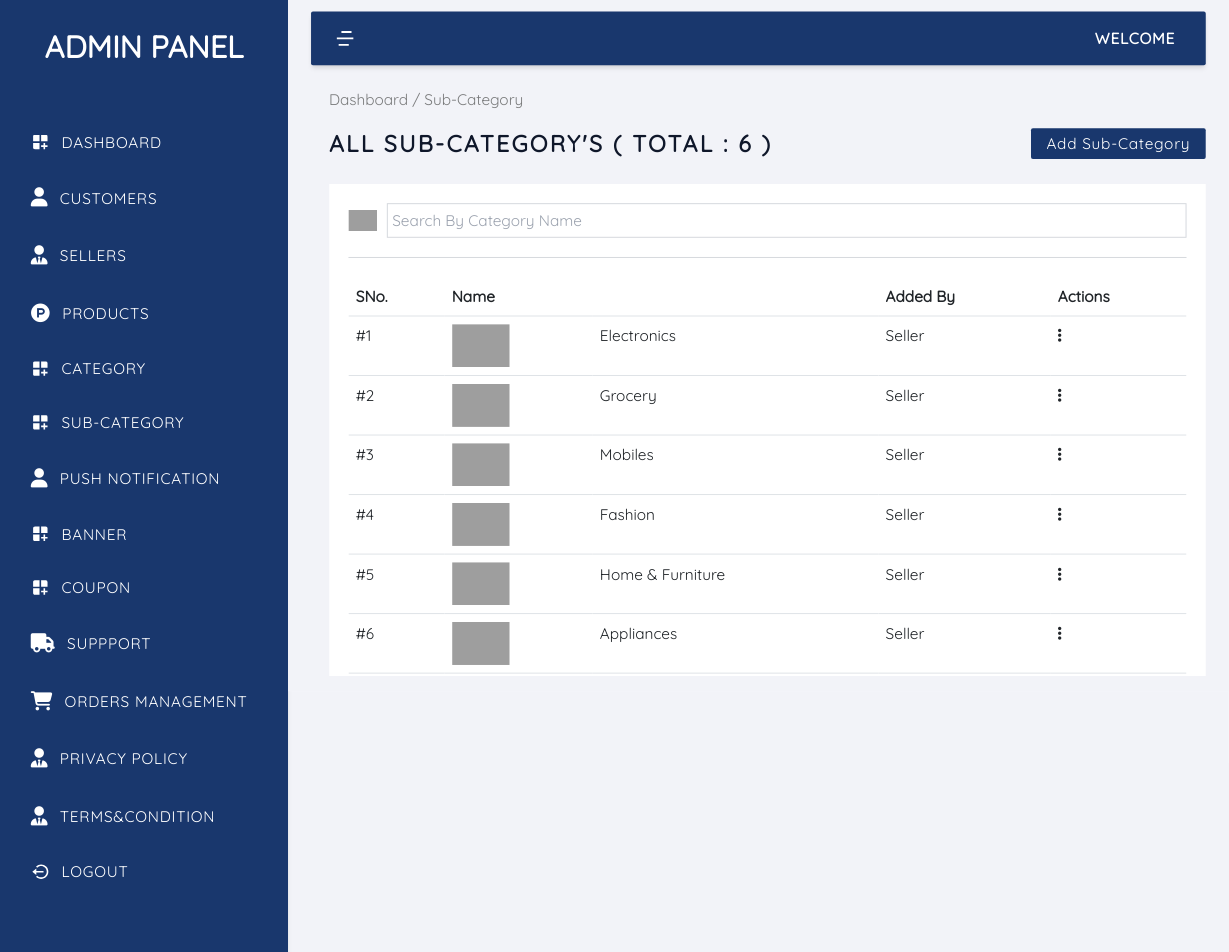
Repository: shishpal2000/admin.aschpro
Page: /SubCategory
The author's editor kept a copy of each file at every save. The page is drawn from the files as they stood at one save, then again after a run of saves.
The browser window is 1280 px wide. The pictures show the whole page, at 96% of full size.
Pictures or frames that could not be fetched are drawn as grey boxes. An inner scrolling area shows only its first screen. Some web libraries are served in a nearby version. The project was rebuilt for these pictures with package versions that can differ from the ones it lists, and the page was loaded fresh each time. Also part of the build but not shown: src/E-CommerceAdmin/forms/Login.jsx, src/E-CommerceAdmin/pages/Dashboard.jsx, src/E-CommerceAdmin/pages/ECategory.js, src/E-CommerceAdmin/pages/EProduct.js, src/E-CommerceAdmin/pages/EVendorList.js, src/E-CommerceAdmin/pages/EAdminOrders.js, src/E-CommerceAdmin/pages/EAdminDelivery.js, src/E-CommerceAdmin/pages/EAdminCustomer.js and 6 more. Imported but missing from the stored project, and not drawn on this page: src/E-CommerceAdmin/pages/Complaints, src/E-CommerceAdmin/pages/Component/SpinnerComp, src/E-CommerceAdmin/pages/EAdmin, src/E-CommerceAdmin/pages/EAdminProduct, src/E-CommerceAdmin/pages/ESingleProduct, src/E-CommerceAdmin/pages/GetMeThis, src/E-CommerceAdmin/pages/HelpSupport.

Above is the page before, as saved 2023-06-28 16:46:14.

After the next 4 saves:
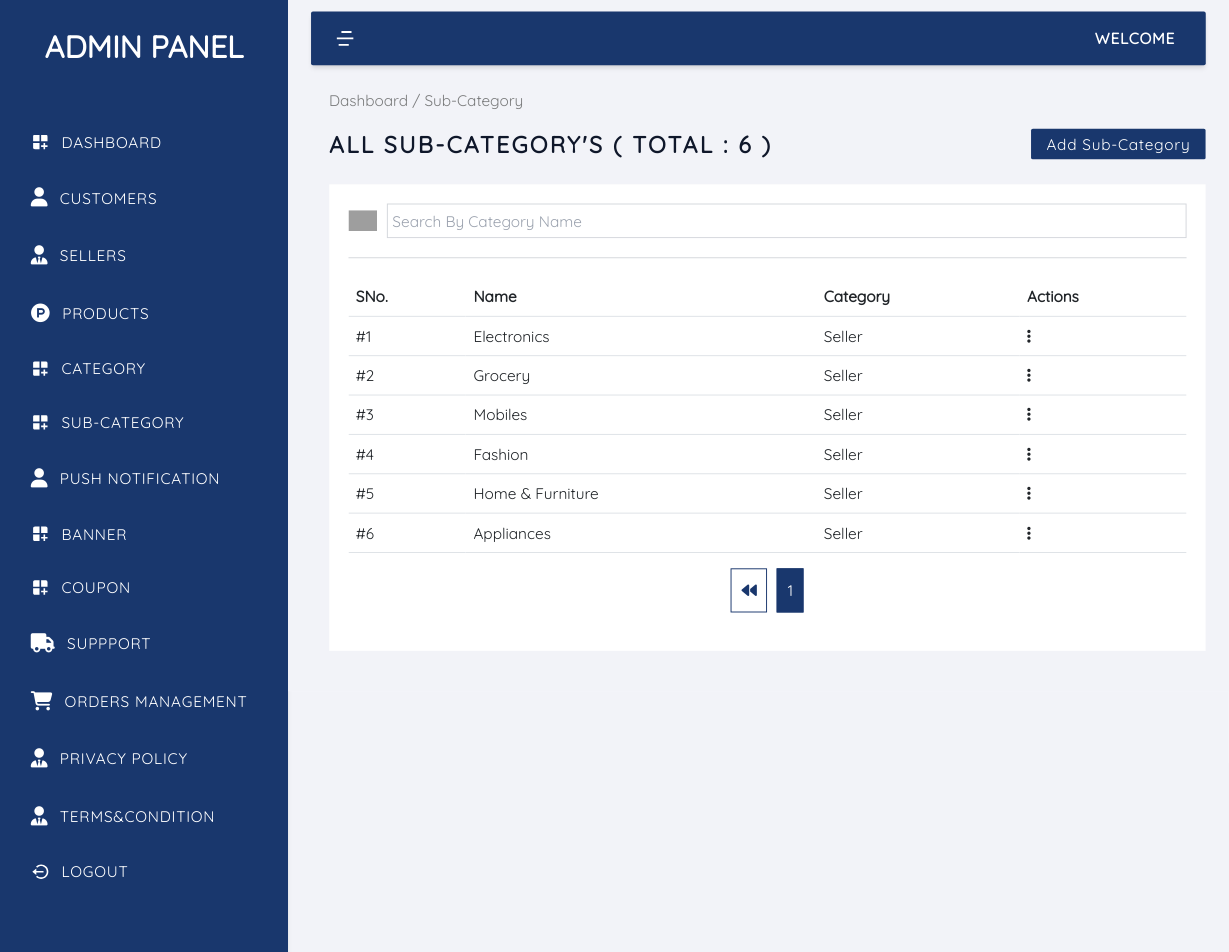
The 4 saves are shown as one change because they came seconds apart.
The last was saved 12 s later.
--- a/src/E-CommerceAdmin/pages/ESubCategory.js
+++ b/src/E-CommerceAdmin/pages/ESubCategory.js
@@ -163,8 +163,7 @@
                     <tr>
                       <th>SNo.</th>
                       <th>Name</th>
-                      <th></th>
-                      <th>Added By</th>
+                      <th>Category</th>
                       <th>Actions</th>
                     </tr>
                   </thead>
@@ -172,9 +171,6 @@
                     {slicedData?.map((i, index) => (
                       <tr key={index}>
                         <td>#{index + 1} </td>
-                        <td>
-                          <img src={i.img} alt="" style={{ width: "60px" }} />
-                        </td>
                         <td>{i.name} </td>
                         <td> Seller</td>
 
